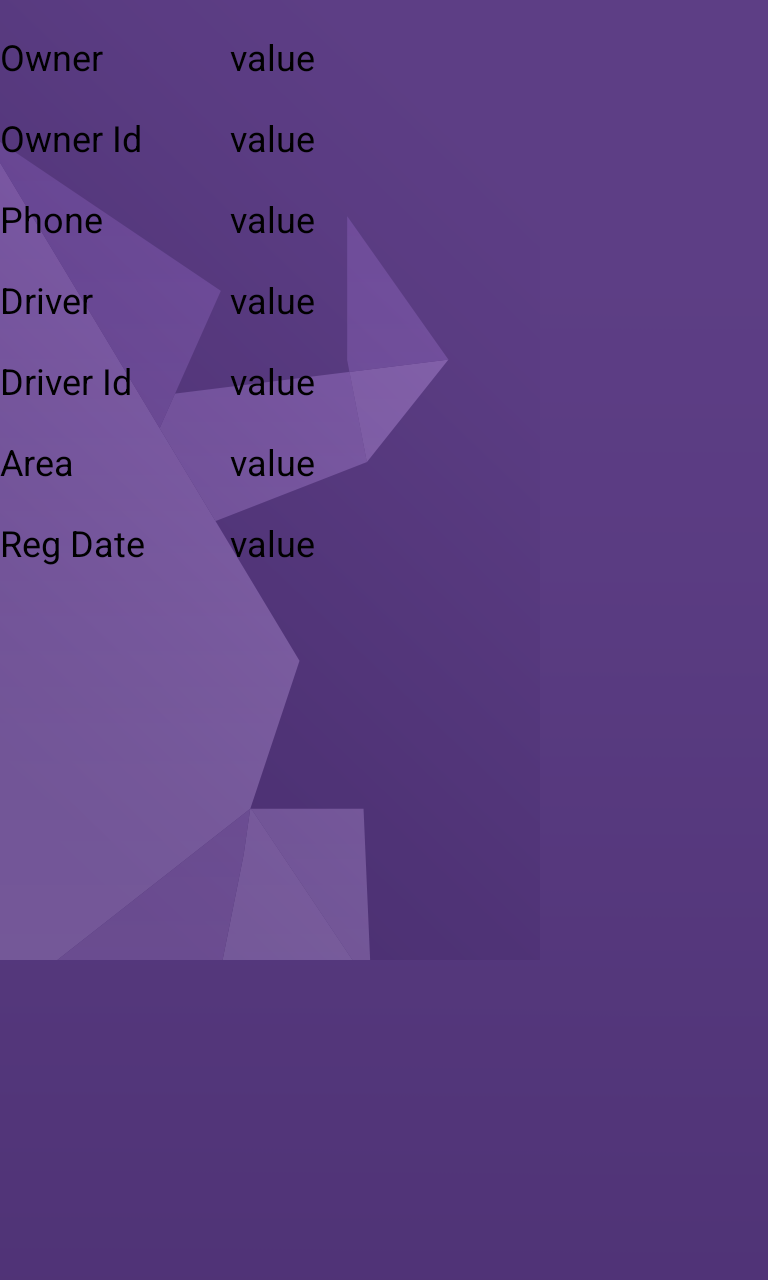
Repository: walteranyika/personal
Layout: PikiPiki/res/layout/activity_details.xml
An editor plug-in stored every save of this project. The layout is shown before and after the next save, followed by the edit.
It is drawn on a 768 x 1280 px phone screen (xhdpi) without system bars, with theme AppTheme; the app's code is not run.

Above is the layout before, as saved 2015-11-06 07:27:08.

### PikiPiki/res/layout/activity_details.xml
<RelativeLayout xmlns:android="http://schemas.android.com/apk/res/android"
    xmlns:tools="http://schemas.android.com/tools"
    android:layout_width="match_parent"
    android:layout_height="match_parent"
    tools:context=".DetailsActivity"
    android:background="@drawable/background_fill" >

    <ImageView
        android:id="@+id/imageView1"
        android:layout_width="wrap_content"
        android:layout_height="match_parent"
        android:layout_alignParentLeft="true"
        android:layout_alignParentTop="true"
        android:scaleType="fitStart"
        android:contentDescription="@string/background_image"
        android:src="@drawable/background" />
    <LinearLayout
        android:id="@+id/linearLayout1"
        android:layout_width="fill_parent"
        android:layout_height="wrap_content"
        android:layout_marginTop="16dp" >

        <TextView
            android:id="@+id/textView2"
            android:layout_width="0dp"
            android:layout_weight="0.3"
            android:layout_height="wrap_content"
            android:text="@string/owner"
            android:textAppearance="?android:attr/textAppearanceMedium" />

        <TextView
            android:id="@+id/tvOwnerName"
            android:layout_width="0dp"
            android:layout_height="wrap_content"
            android:layout_weight="0.7"
            android:text="@string/empty_string"
            android:textAppearance="?android:attr/textAppearanceMedium" />
    </LinearLayout>

    <LinearLayout
        android:id="@+id/LinearLayout01"
        android:layout_width="fill_parent"
        android:layout_height="wrap_content"
        android:layout_alignParentLeft="true"
        android:layout_below="@+id/linearLayout1"
        android:layout_marginTop="16dp" >

        <TextView
            android:id="@+id/TextView01"
            android:layout_width="0dp"
            android:layout_height="wrap_content"
            android:layout_weight="0.3"
            android:text="@string/owner_id"
            android:textAppearance="?android:attr/textAppearanceMedium" />

        <TextView
            android:id="@+id/tvOwnerId"
            android:layout_width="0dp"
            android:layout_height="wrap_content"
            android:layout_weight="0.7"
            android:text="@string/empty_string"
            android:textAppearance="?android:attr/textAppearanceMedium" />
    </LinearLayout>

    <LinearLayout
        android:id="@+id/LinearLayout02"
        android:layout_width="fill_parent"
        android:layout_height="wrap_content"
        android:layout_alignParentLeft="true"
        android:layout_below="@+id/LinearLayout01"
        android:layout_marginTop="16dp" >

        <TextView
            android:id="@+id/TextView03"
            android:layout_width="0dp"
            android:layout_height="wrap_content"
            android:layout_weight="0.3"
            android:text="@string/phone"
            android:textAppearance="?android:attr/textAppearanceMedium" />

        <TextView
            android:id="@+id/tvPhone"
            android:layout_width="0dp"
            android:layout_height="wrap_content"
            android:layout_weight="0.7"
            android:text="@string/empty_string"
            android:textAppearance="?android:attr/textAppearanceMedium" />
    </LinearLayout>

    <LinearLayout
        android:id="@+id/LinearLayout03"
        android:layout_width="fill_parent"
        android:layout_height="wrap_content"
        android:layout_alignParentLeft="true"
        android:layout_below="@+id/LinearLayout02"
        android:layout_marginTop="16dp" >

        <TextView
            android:id="@+id/TextView05"
            android:layout_width="0dp"
            android:layout_height="wrap_content"
            android:layout_weight="0.3"
            android:text="@string/driver"
            android:textAppearance="?android:attr/textAppearanceMedium" />

        <TextView
            android:id="@+id/tvDriverName"
            android:layout_width="0dp"
            android:layout_height="wrap_content"
            android:layout_weight="0.7"
            android:text="@string/empty_string"
            android:textAppearance="?android:attr/textAppearanceMedium" />
    </LinearLayout>

    <LinearLayout
        android:id="@+id/LinearLayout04"
        android:layout_width="fill_parent"
        android:layout_height="wrap_content"
        android:layout_alignParentLeft="true"
        android:layout_below="@+id/LinearLayout03"
        android:layout_marginTop="16dp" >

        <TextView
            android:id="@+id/TextView07"
            android:layout_width="0dp"
            android:layout_height="wrap_content"
            android:layout_weight="0.3"
            android:text="@string/driver_id"
            android:textAppearance="?android:attr/textAppearanceMedium" />

        <TextView
            android:id="@+id/tvDriverId"
            android:layout_width="0dp"
            android:layout_height="wrap_content"
            android:layout_weight="0.7"
            android:text="@string/empty_string"
            android:textAppearance="?android:attr/textAppearanceMedium" />
    </LinearLayout>

    <LinearLayout
        android:id="@+id/LinearLayout05"
        android:layout_width="fill_parent"
        android:layout_height="wrap_content"
        android:layout_alignParentLeft="true"
        android:layout_below="@+id/LinearLayout04"
        android:layout_marginTop="16dp">

        <TextView
            android:id="@+id/TextView09"
            android:layout_width="0dp"
            android:layout_height="wrap_content"
            android:layout_weight="0.3"
            android:text="@string/area"
            android:textAppearance="?android:attr/textAppearanceMedium" />

        <TextView
            android:id="@+id/tvAreaOperation"
            android:layout_width="0dp"
            android:layout_height="wrap_content"
            android:layout_weight="0.7"
            android:text="@string/empty_string"
            android:textAppearance="?android:attr/textAppearanceMedium" />
    </LinearLayout>

    <LinearLayout
        android:id="@+id/LinearLayout06"
        android:layout_width="fill_parent"
        android:layout_height="wrap_content"
        android:layout_alignParentLeft="true"
        android:layout_below="@+id/LinearLayout05"
        android:layout_marginTop="16dp" >

        <TextView
            android:id="@+id/TextView11"
            android:layout_width="0dp"
            android:layout_height="wrap_content"
            android:layout_weight="0.3"
            android:text="@string/reg_date"
            android:textAppearance="?android:attr/textAppearanceMedium" />

        <TextView
            android:id="@+id/tvDate"
            android:layout_width="0dp"
            android:layout_height="wrap_content"
            android:layout_weight="0.7"
            android:text="@string/empty_string"
            android:textAppearance="?android:attr/textAppearanceMedium" />
    </LinearLayout>

</RelativeLayout>

### PikiPiki/res/values/themes_apptheme.xml
<?xml version="1.0" encoding="utf-8"?>

<!-- Generated with http://android-holo-colors.com -->
<resources xmlns:android="http://schemas.android.com/apk/res/android">

  <style name="AppTheme" parent="@style/_AppTheme"/>

  <style name="_AppTheme" parent="android:Theme.Holo.Light">

    <item name="android:editTextBackground">@drawable/apptheme_edit_text_holo_light</item>

    <item name="android:buttonStyle">@style/ButtonAppTheme</item>

    <item name="android:imageButtonStyle">@style/ImageButtonAppTheme</item>

  </style>

</resources>

### PikiPiki/res/values/styles_apptheme.xml
<?xml version="1.0" encoding="utf-8"?>

<!-- Generated with http://android-holo-colors.com -->
<resources xmlns:android="http://schemas.android.com/apk/res/android">

  <style name="ButtonAppTheme" parent="android:Widget.Holo.Light.Button">
	  <item name="android:background">@drawable/apptheme_btn_default_holo_light</item>
  </style>

  <style name="ImageButtonAppTheme" parent="android:Widget.Holo.Light.ImageButton">
	  <item name="android:background">@drawable/apptheme_btn_default_holo_light</item>
  </style>

</resources>

### PikiPiki/res/drawable/apptheme_btn_default_holo_light.xml
<?xml version="1.0" encoding="utf-8"?>

<selector xmlns:android="http://schemas.android.com/apk/res/android">
    <item android:state_window_focused="false" android:state_enabled="true"
        android:drawable="@drawable/apptheme_btn_default_normal_holo_light" />
    <item android:state_window_focused="false" android:state_enabled="false"
        android:drawable="@drawable/apptheme_btn_default_disabled_holo_light" />
    <item android:state_pressed="true"
        android:drawable="@drawable/apptheme_btn_default_pressed_holo_light" />
    <item android:state_focused="true" android:state_enabled="true"
        android:drawable="@drawable/apptheme_btn_default_focused_holo_light" />
    <item android:state_enabled="true"
        android:drawable="@drawable/apptheme_btn_default_normal_holo_light" />
    <item android:state_focused="true"
        android:drawable="@drawable/apptheme_btn_default_disabled_focused_holo_light" />
    <item
         android:drawable="@drawable/apptheme_btn_default_disabled_holo_light" />
</selector>

### PikiPiki/res/values/strings.xml
<?xml version="1.0" encoding="utf-8"?>
<resources>

    <string name="app_name">PikiPiki</string>
    <string name="action_settings">Settings</string>
    <string name="motorbike">Motor Bike</string>
    <string name="sync">Sync</string>
    <string name="phone">Phone</string>
    <string name="_0734567843">Phone</string>
    <string name="area">Area</string>
    <string name="reg_date">Reg Date</string>
    <string name="driver_id">Driver Id</string>
    <string name="driver">Driver</string>
    <string name="owner">Owner</string>
    <string name="owner_id">Owner Id</string>
    <string name="search">Search</string>
    <string name="bike_reg_number">Bike Reg Number</string>
    <string name="back_ground_image">Back Ground Image</string>
    <string name="title_activity_details">DetailsActivity</string>
    <string name="hello_world">Hello world!</string>
    <string name="background_image">Background Image</string>
    <string name="empty_string">value</string>

</resources>

Loaded but not shown: PikiPiki/res/values/styles.xml (common file); PikiPiki/res/drawable/apptheme_edit_text_holo_light.xml (common file); PikiPiki/res/values-v11/styles.xml (common file); PikiPiki/res/values-v14/styles.xml (common file)

After the next save:
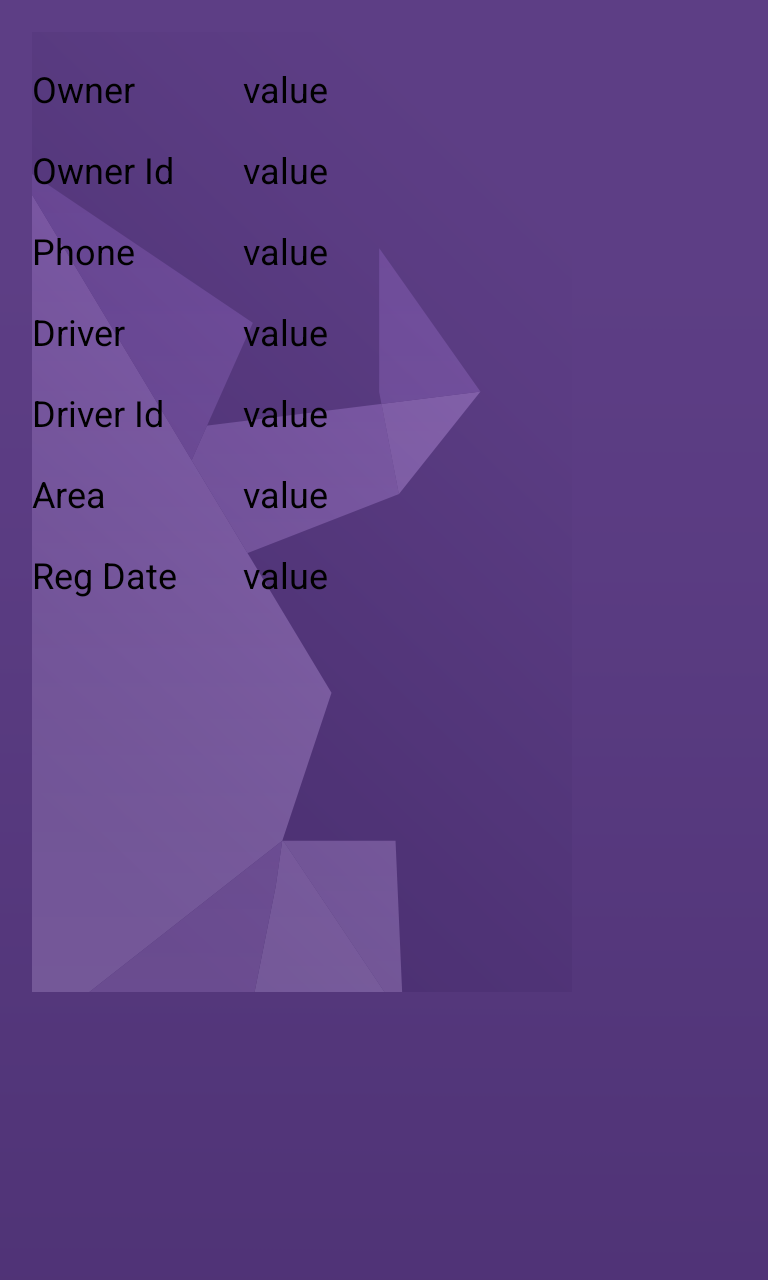
Saved 43 s later.
--- a/PikiPiki/res/layout/activity_details.xml
+++ b/PikiPiki/res/layout/activity_details.xml
@@ -3,7 +3,8 @@
     android:layout_width="match_parent"
     android:layout_height="match_parent"
     tools:context=".DetailsActivity"
-    android:background="@drawable/background_fill" >
+    android:background="@drawable/background_fill"
+    android:padding="16dp" >
 
     <ImageView
         android:id="@+id/imageView1"
